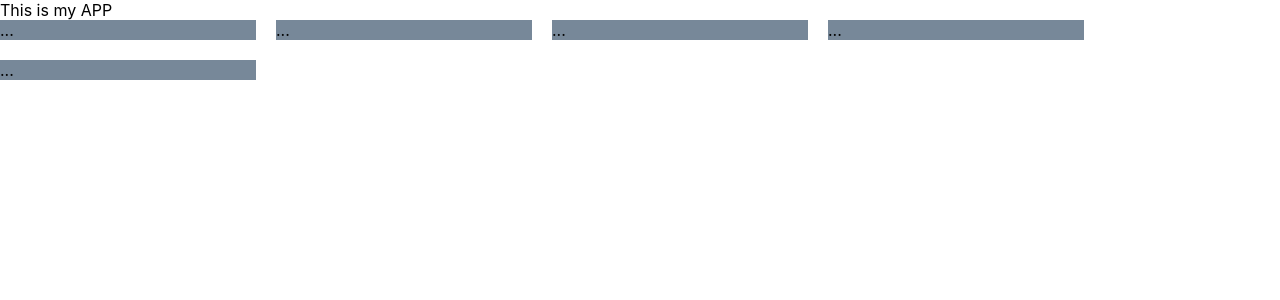
Repository: vnevescode/ui-components-react
Page: /
An editor plug-in stored every save of this project. The page is shown before and after a run of saves, followed by the edit.
The browser window is 1280 px wide. The pictures show the whole page.
The project was rebuilt for these pictures with package versions that can differ from the ones it lists, and the page was loaded fresh each time.

Above is the page before, as saved 2022-06-09 22:14:05.

### src/App.js
import React from 'react';
import Cards from './components/Cards/Cards';

function App() {
  return (
    <div className="App">
      <div>This is my APP</div>
      <Cards/>
    </div>
  );
}

export default App;

### src/components/Cards/Cards.jsx
import React from 'react'
import './Cards.style.css'

const Cards = () => {
  return (
    <>
        <div className="cards">
            {/* A card with given width */}
            <div className="cards__item">
                {'...'}
            </div>
            {/* Repeat other cards */}
            <div className="cards__item">
                {'...'}
            </div>
            <div className="cards__item">
                {'...'}
            </div>
            <div className="cards__item">
                {'...'}
            </div>
            <div className="cards__item">
                {'...'}
            </div>
        </div>
    </>
  )
}

export default Cards

### src/components/Cards/Cards.style.css

.cards{
    display: flex;
    flex-wrap: wrap;
    gap: 20px;
}

.cards__item{
    flex-basis: 20%;

    background-color: lightslategray;
}

Loaded but not shown: public/index.html (common file); src/index.js (common file); src/index.css (common file)

After the next 3 saves:
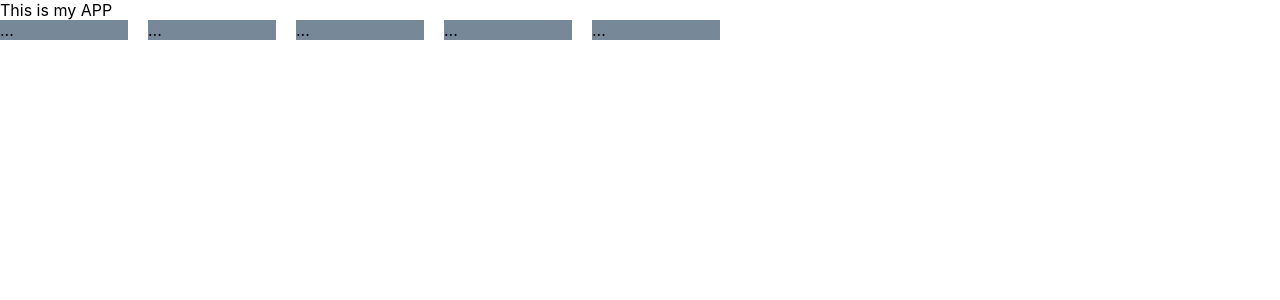
The 3 saves are shown as one change because they came seconds apart.
The last was saved 10 s later.
--- a/src/components/Cards/Cards.style.css
+++ b/src/components/Cards/Cards.style.css
@@ -6,7 +6,7 @@
 }
 
 .cards__item{
-    flex-basis: 20%;
+    flex-basis: 10%;
 
     background-color: lightslategray;
 }

After the save that followed:
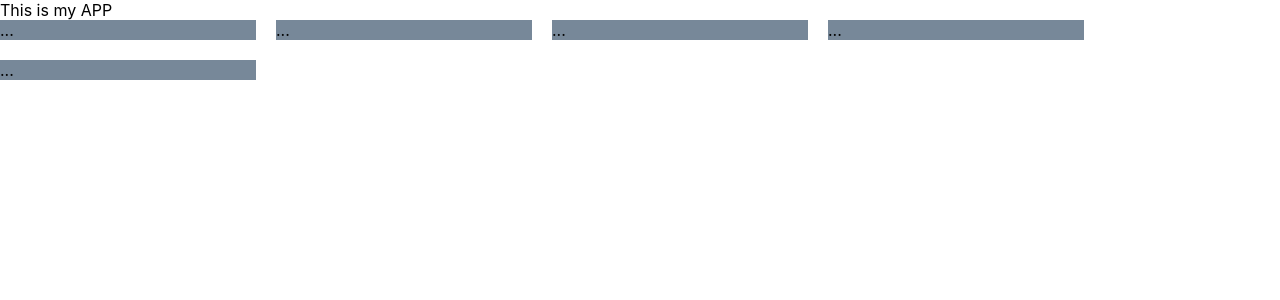
Saved 4 s later.
--- a/src/components/Cards/Cards.style.css
+++ b/src/components/Cards/Cards.style.css
@@ -6,7 +6,7 @@
 }
 
 .cards__item{
-    flex-basis: 10%;
+    flex-basis: 20%;
 
     background-color: lightslategray;
 }
